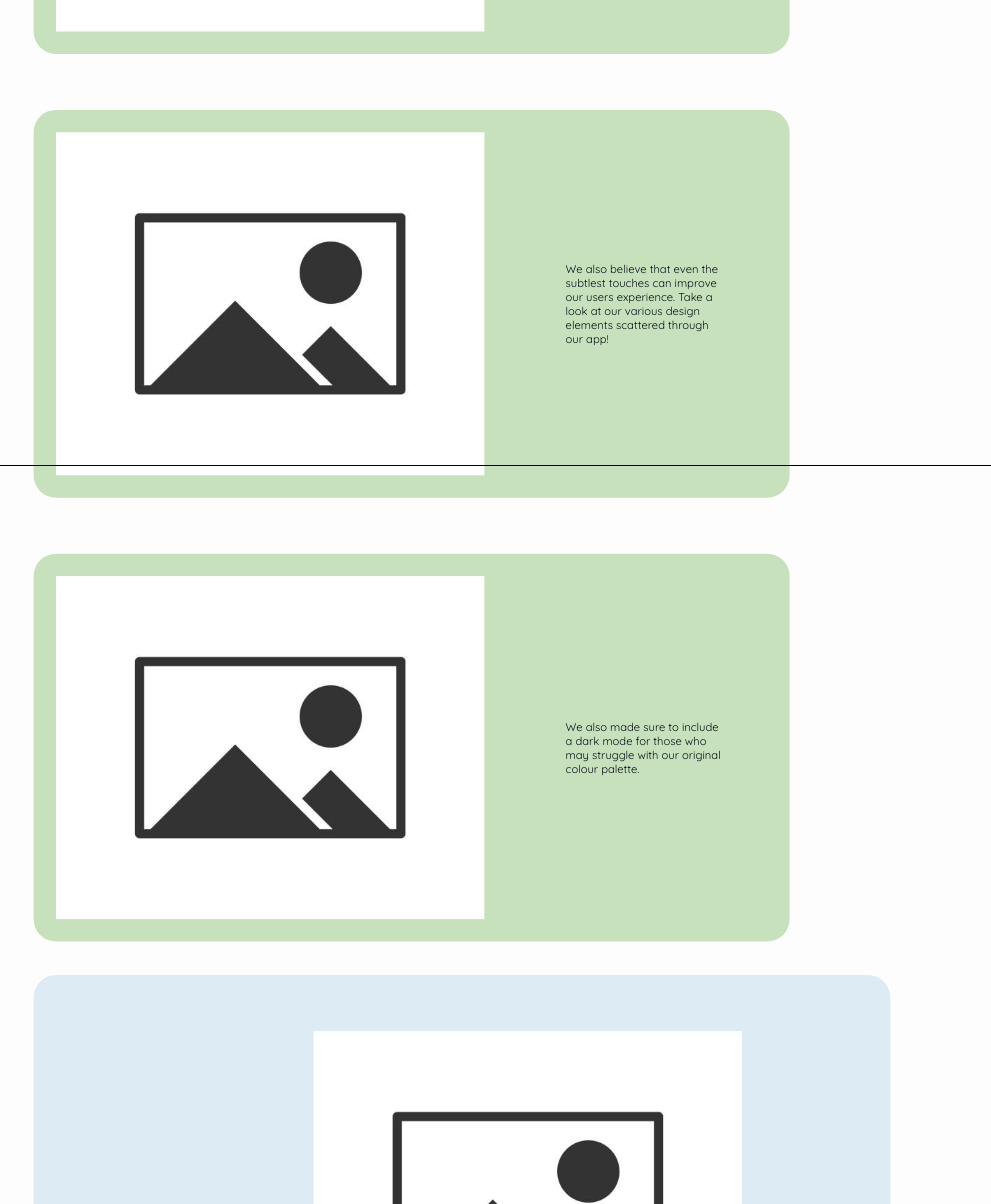
Repository: AlyssaHug/MoolahMate-A5Styleguide
Page: logos.html
The author's editor kept a copy of each file at every save. The page is drawn from the files as they stood at one save, then again after the next save.
The browser window is 1280 px wide. The page is 1416 px wide, so the pictures cover 1416 px, including what lies to the right of the window. The pictures show the part of the page from y = 4780 to 6500 px (the page is 7781 px tall), at 70% of full size.

Above is the page before, as saved 2025-03-31 12:45:32.

After the next save:
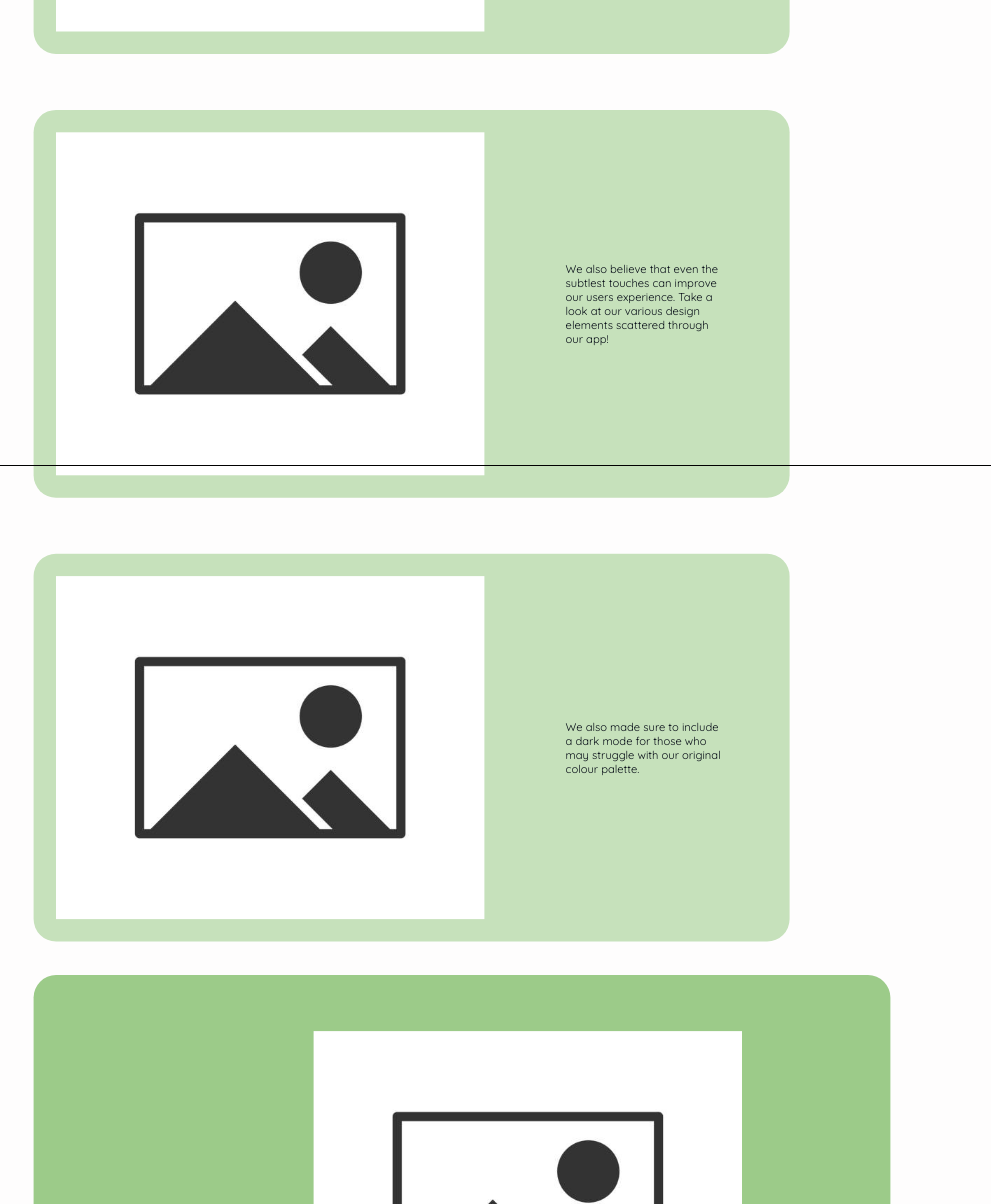
Saved 102 s later.
--- a/Logo-styles.css
+++ b/Logo-styles.css
@@ -212,7 +212,7 @@
 
 
 .graphics-and-icons__6, .graphics-and-icons__7 {
-    background-color: #dcebf4;
+    background-color: #9ccb89;
     padding-top: 5em;
     padding-bottom: 5em;
     margin-bottom: 3em;
